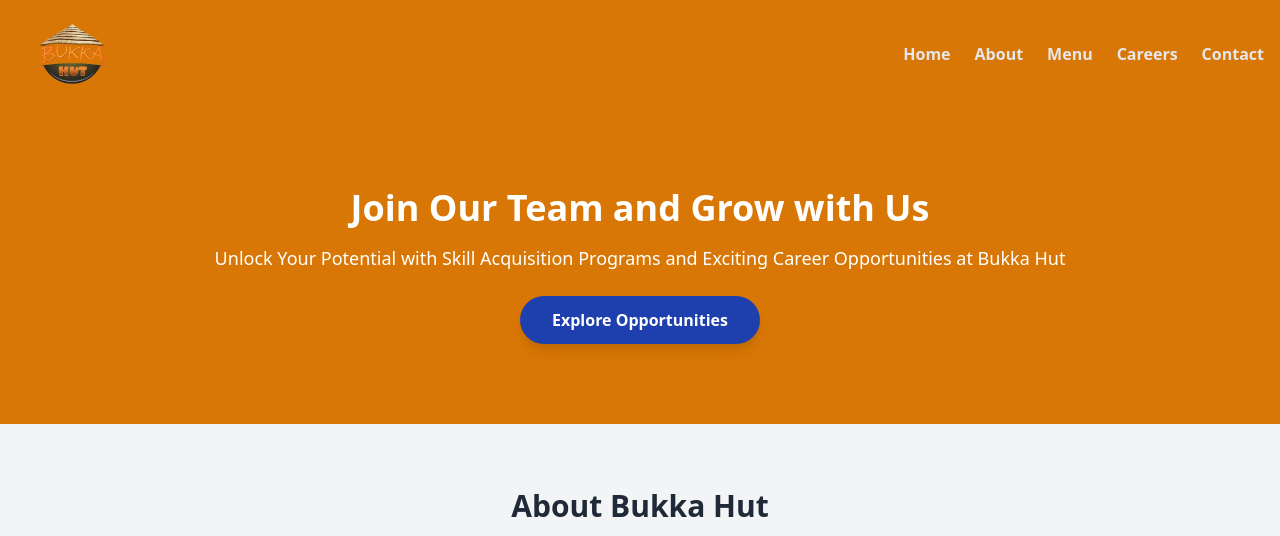
Repository: countaustin1990/BUKKAHUT
Page: Careers.html
The author's editor kept a copy of each file at every save. The page is drawn from the files as they stood at one save, then again after the next save.
The browser window is 1280 px wide. The pictures show the part of the page from y = 0 to 536 px (the page is 2630 px tall).
A picture or video elsewhere on the page could not be fetched, so the positions and the page height are approximate. Some web libraries are served in a nearby version.

Above is the page before, as saved 2024-08-27 18:23:27.

After the next save:
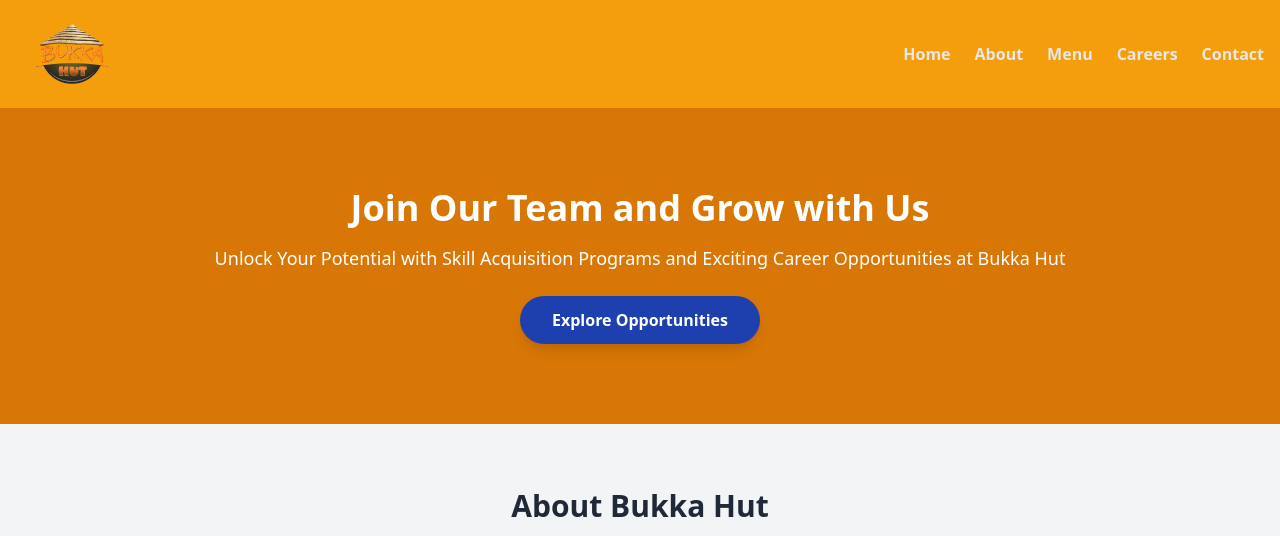
Saved 15 s later.
--- a/Careers.html
+++ b/Careers.html
@@ -9,7 +9,7 @@
 </head>
 <body class="bg-gray-100 text-gray-800">
     <!-- Navigation -->
-  <nav class="shadow-md bg-yellow-600 text-gray-200">
+  <nav class="shadow-md bg-yellow-500 text-gray-200">
     <div class="container mx-auto px-4 py-2 flex items-center justify-between">
       <div class="text-2xl font-bold text-blue-600">
         <a href="#" class="flex flex-col lg:flex-row items-center lg:space-x-8 p-4">
